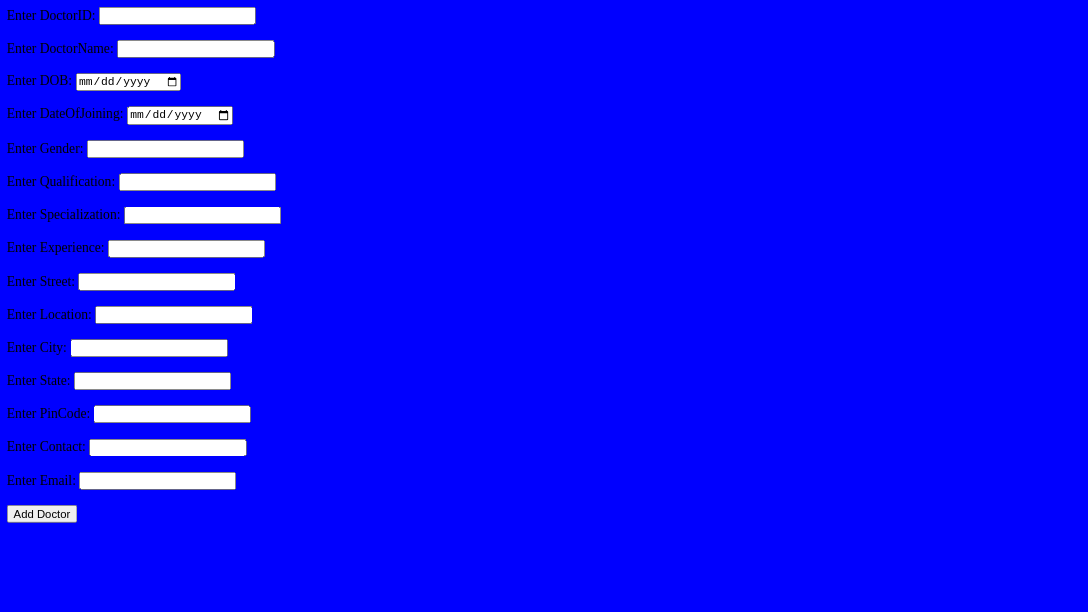
Repository: Pravinkumar-Raja/SpringProjects
Page: http://localhost/Spring-Web/WEB-INF/views/AddDoctor.jsp
These files come from the project's save history. The page is drawn as it stood at one moment and after the next save; the edit follows.
The browser window is 1280 px wide. The pictures show the whole page, at 85% of full size.
The page is served by Tomcat 9. Nobody is signed in. The template is opened directly, without the code that normally fills it, so the values that code supplies are empty.

Above is the page before, as saved 2025-11-24 10:37:06.

After the next save:
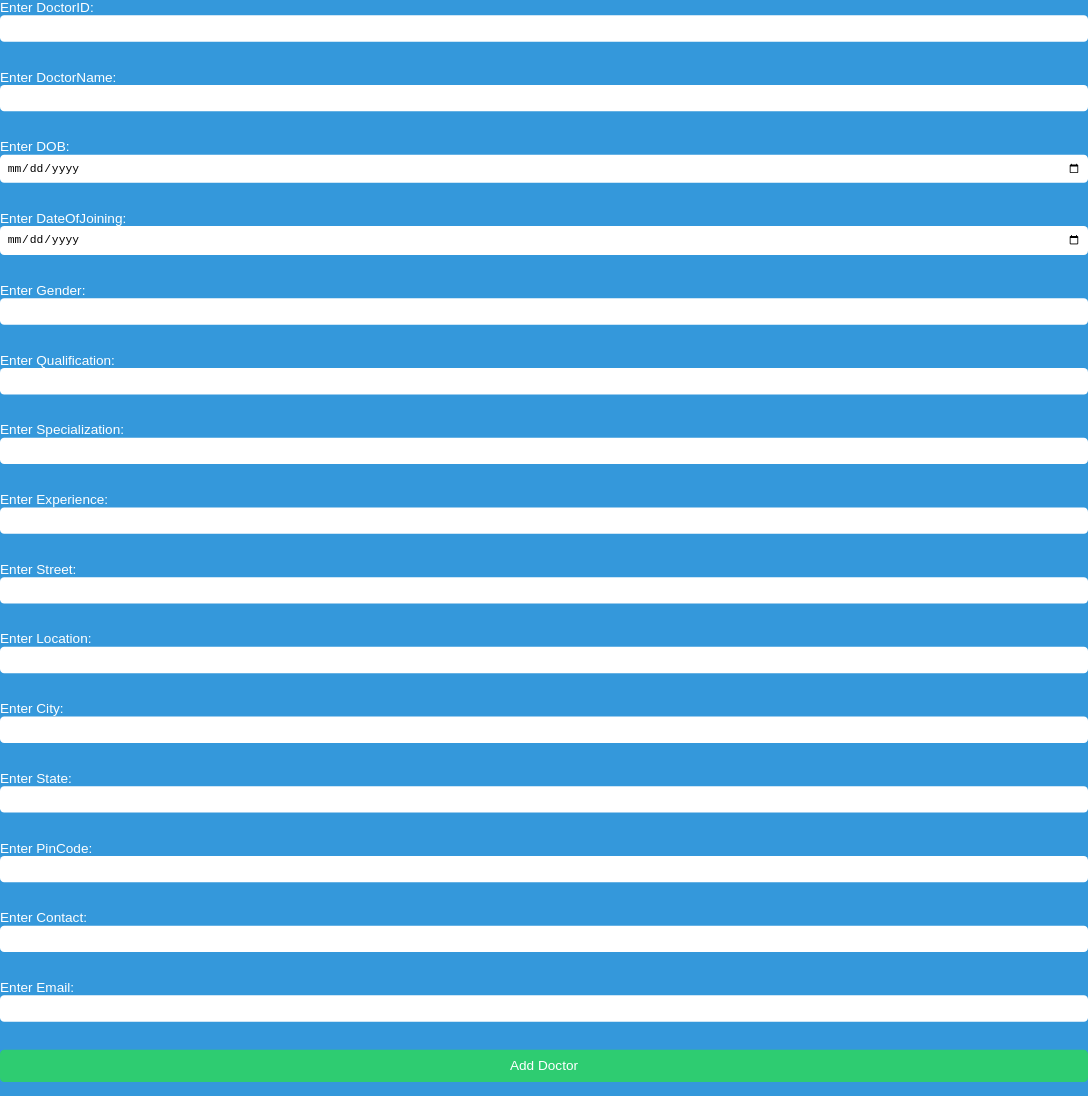
Saved 113 s later.
--- a/Spring-Web/src/main/webapp/WEB-INF/views/AddDoctor.jsp
+++ b/Spring-Web/src/main/webapp/WEB-INF/views/AddDoctor.jsp
@@ -1,4 +1,59 @@
 <html>
+	<head>
+		<style>
+		       body {
+		           background-color: #3498db; /* modern blue */
+		           font-family: Arial, sans-serif;
+		           color: #fff;
+		           margin: 0;
+		           padding: 0;
+		       }
+
+		       .form-container {
+		           background: rgba(255, 255, 255, 0.1);
+		           padding: 30px;
+		           margin: 50px auto;
+		           width: 400px;
+		           border-radius: 10px;
+		           box-shadow: 0 0 15px rgba(0,0,0,0.3);
+		       }
+
+		       .form-container h2 {
+		           text-align: center;
+		           margin-bottom: 20px;
+		           color: #f1f1f1;
+		       }
+
+		       label {
+		           display: block;
+		           margin-bottom: 5px;
+		           font-weight: bold;
+		       }
+
+		       input {
+		           width: 100%;
+		           padding: 8px;
+		           margin-bottom: 15px;
+		           border: none;
+		           border-radius: 5px;
+		       }
+
+		       button {
+		           width: 100%;
+		           padding: 10px;
+		           background-color: #2ecc71;
+		           border: none;
+		           border-radius: 5px;
+		           color: white;
+		           font-size: 16px;
+		           cursor: pointer;
+		       }
+
+		       button:hover {
+		           background-color: #27ae60;
+		       }
+		   </style>
+</head>
 	<body bgcolor="blue">
 		<form action="./addDoctor" method="post">
 			Enter DoctorID: <input type="text" name="doctorID"/><br><br>
